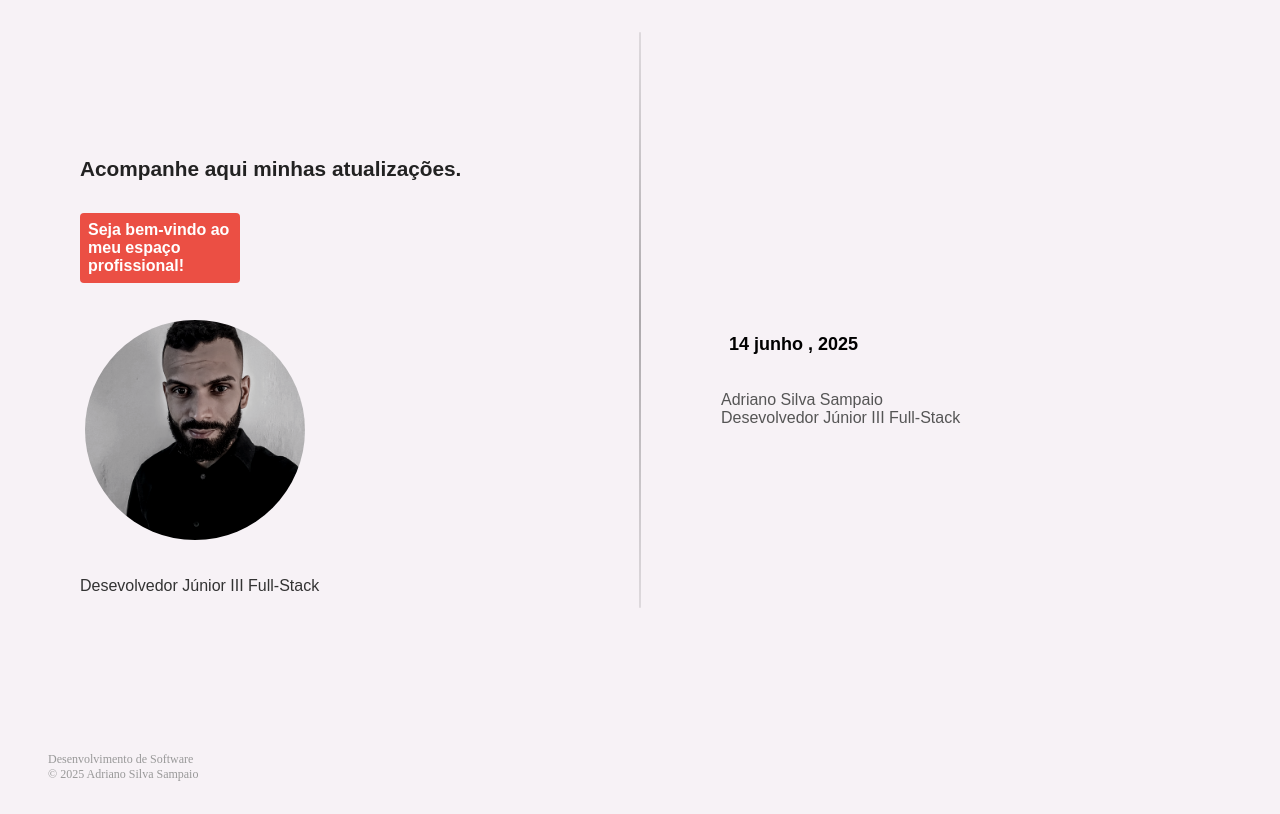
Repository: umdevadriano/portifolio2025
Page: /
These files come from the project's save history. The page is drawn as it stood at one moment and after the next save; the edit follows.
The browser window is 1280 px wide. The pictures show the whole page.
The project was rebuilt for these pictures with package versions that can differ from the ones it lists, and the page was loaded fresh each time. Also part of the build but not shown: vite.config.ts.

Above is the page before, as saved 2025-06-22 18:48:45.

After the next save:
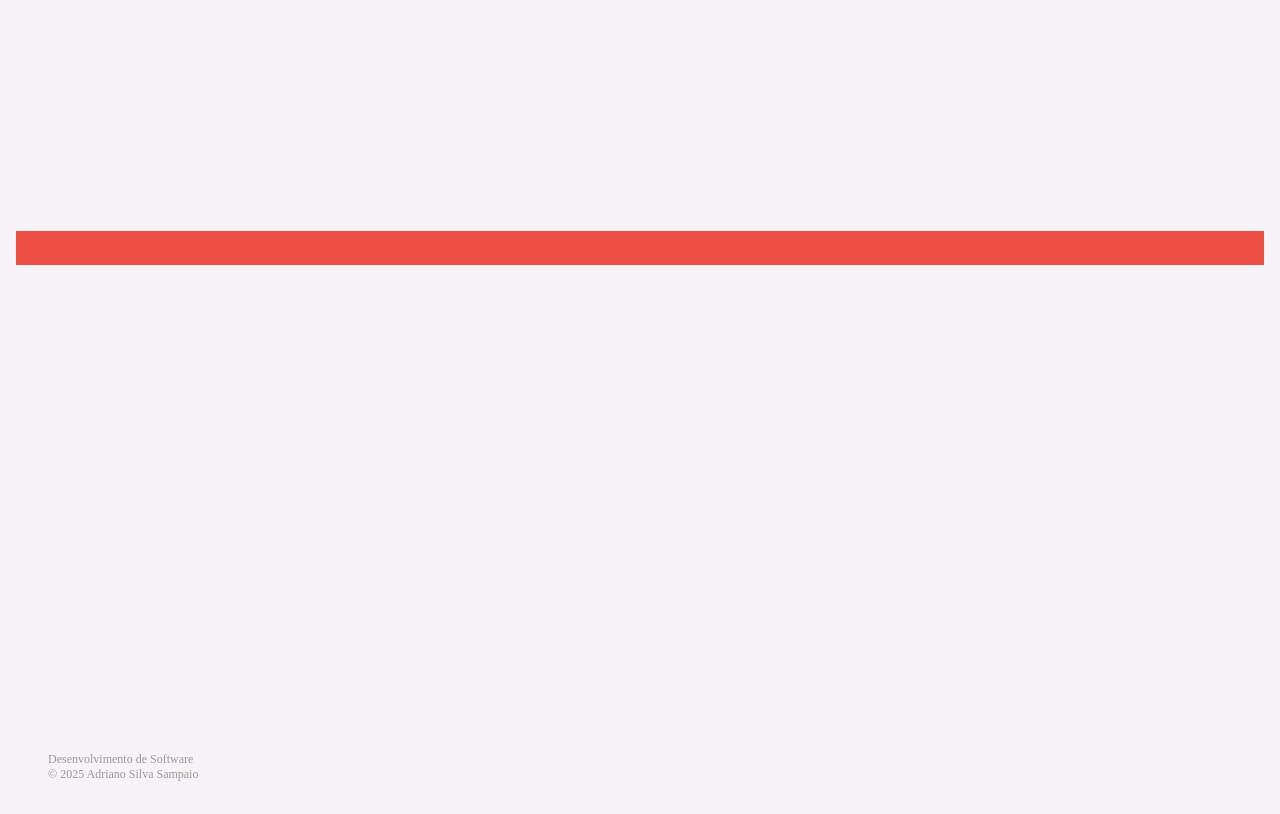
Saved 13 s later.
--- a/src/componentes/Banner/Banner.tsx
+++ b/src/componentes/Banner/Banner.tsx
@@ -14,7 +14,7 @@ function Banner({ children }: Props){
         font-size: 16px;
         display: inline-block;
         border-radius: 4px;
-        width: 10rem;
+        width: 120rem;
     `;
     return (
         <>
